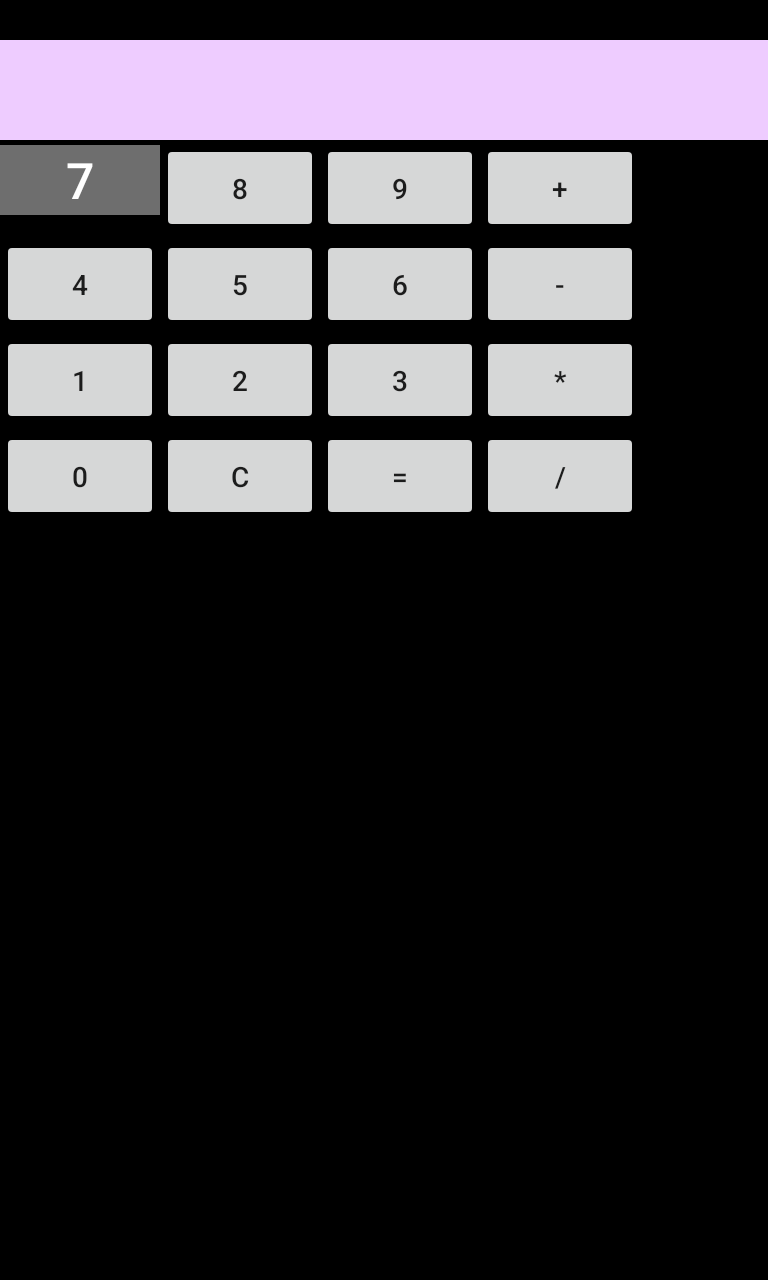
Repository: A207/guanjingjing
Layout: project/calculator_gjj/res/layout/activity_main.xml
The author's editor kept a copy of each file at every save. The layout is drawn from the files as they stood at one save, then again after the next save.
It is drawn on a 768 x 1280 px phone screen (xhdpi) without system bars, with theme AppTheme; the app's code is not run.

Above is the layout before, as saved 2015-07-16 01:57:19.

### project/calculator_gjj/res/layout/activity_main.xml
<?xml version="1.0" encoding="utf-8"?>
<LinearLayout xmlns:android="http://schemas.android.com/apk/res/android"
    android:layout_width="fill_parent"
    android:layout_height="fill_parent"
    android:orientation="vertical"
    android:paddingTop="20dip"
    android:background="#000" >

    <LinearLayout
        android:layout_width="fill_parent"
        android:layout_height="wrap_content"
        android:orientation="horizontal" >

        <TextView
            android:id="@+id/tv_calc_sum"
            android:layout_width="fill_parent"
            android:layout_height="50dip"
            android:background="#eeccff"
            android:gravity="center_vertical|right" >
        </TextView>
    </LinearLayout>

    <LinearLayout
        android:layout_width="fill_parent"
        android:layout_height="wrap_content"
        android:orientation="horizontal" >

        <Button
            android:id="@+id/btn_calc_07"
            android:layout_width="80dip"
            android:layout_height="35dip"
            android:background="#6e6e6e"
            android:textColor="#fff"
            android:textSize="25sp"
            android:text="7" />

        <Button
            android:id="@+id/btn_calc_08"
            android:layout_width="80dip"
            android:layout_height="wrap_content"
            android:text="8" />

        <Button
            android:id="@+id/btn_calc_09"
            android:layout_width="80dip"
            android:layout_height="wrap_content"
            android:text="9" />

        <Button
            android:id="@+id/btn_calc_jia"
            android:layout_width="80dip"
            android:layout_height="wrap_content"
            android:text="+" />
    </LinearLayout>

    <LinearLayout
        android:layout_width="fill_parent"
        android:layout_height="wrap_content"
        android:orientation="horizontal" >

        <Button
            android:id="@+id/btn_calc_04"
            android:layout_width="80dip"
            android:layout_height="wrap_content"
            android:text="4" />

        <Button
            android:id="@+id/btn_calc_05"
            android:layout_width="80dip"
            android:layout_height="wrap_content"
            android:text="5" />

        <Button
            android:id="@+id/btn_calc_06"
            android:layout_width="80dip"
            android:layout_height="wrap_content"
            android:text="6" />

        <Button
            android:id="@+id/btn_calc_jian"
            android:layout_width="80dip"
            android:layout_height="wrap_content"
            android:text="-" />
    </LinearLayout>

    <LinearLayout
        android:layout_width="fill_parent"
        android:layout_height="wrap_content"
        android:orientation="horizontal" >

        <Button
            android:id="@+id/btn_calc_01"
            android:layout_width="80dip"
            android:layout_height="wrap_content"
            android:text="1" />

        <Button
            android:id="@+id/btn_calc_02"
            android:layout_width="80dip"
            android:layout_height="wrap_content"
            android:text="2" />

        <Button
            android:id="@+id/btn_calc_03"
            android:layout_width="80dip"
            android:layout_height="wrap_content"
            android:text="3" />

        <Button
            android:id="@+id/btn_calc_cheng"
            android:layout_width="80dip"
            android:layout_height="wrap_content"
            android:text="*" />
    </LinearLayout>

    <LinearLayout
        android:layout_width="fill_parent"
        android:layout_height="wrap_content"
        android:orientation="horizontal" >

        <Button
            android:id="@+id/btn_calc_00"
            android:layout_width="80dip"
            android:layout_height="wrap_content"
            android:text="0" />

        <Button
            android:id="@+id/btn_calc_c"
            android:layout_width="80dip"
            android:layout_height="wrap_content"
            android:text="C" />

        <Button
            android:id="@+id/btn_calc_dengyu"
            android:layout_width="80dip"
            android:layout_height="wrap_content"
            android:text="=" />

        <Button
            android:id="@+id/btn_calc_chu"
            android:layout_width="80dip"
            android:layout_height="wrap_content"
            android:text="/" />
    </LinearLayout>

</LinearLayout>

Loaded but not shown: project/calculator_gjj/res/values/styles.xml (common file); project/calculator_gjj/res/values-v11/styles.xml (common file); project/calculator_gjj/res/values-v14/styles.xml (common file)

After the next save:
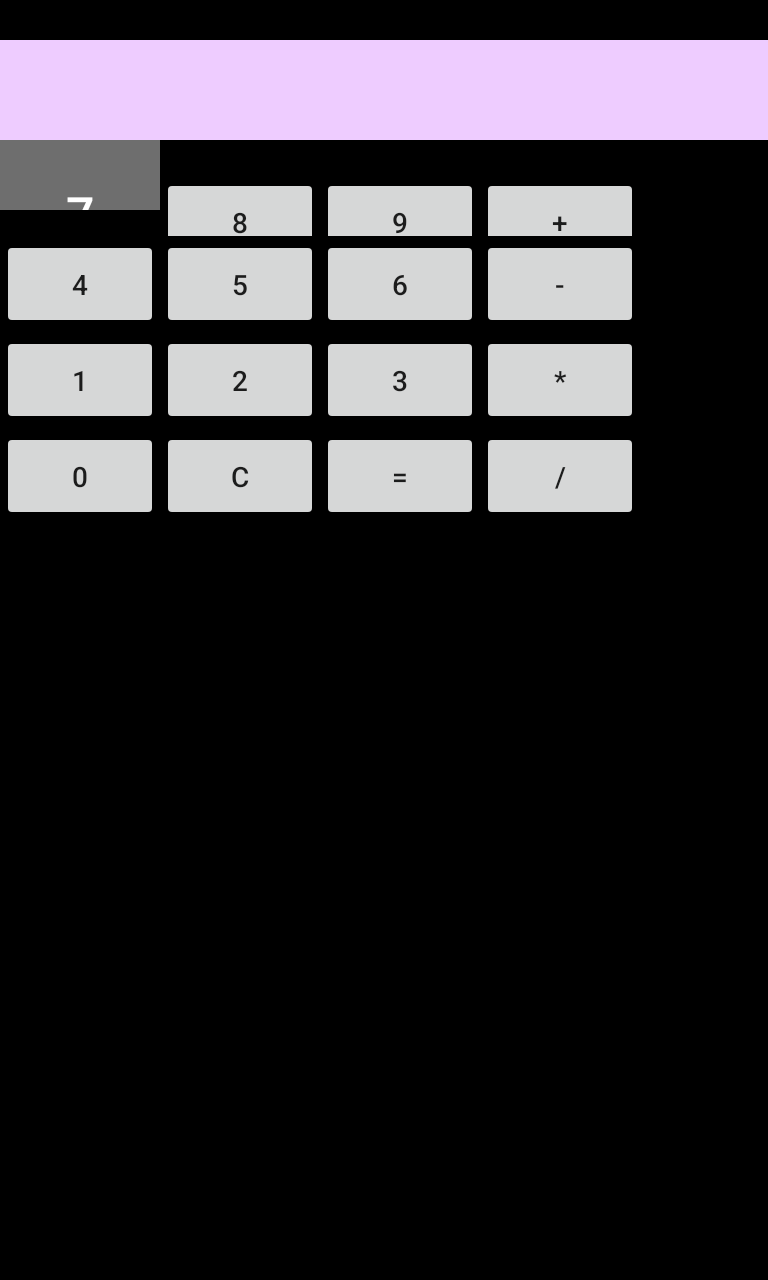
Saved 41 s later.
--- a/project/calculator_gjj/res/layout/activity_main.xml
+++ b/project/calculator_gjj/res/layout/activity_main.xml
@@ -32,6 +32,7 @@
             android:background="#6e6e6e"
             android:textColor="#fff"
             android:textSize="25sp"
+            android:paddingTop="20dip"
             android:text="7" />
 
         <Button

After the save that followed:
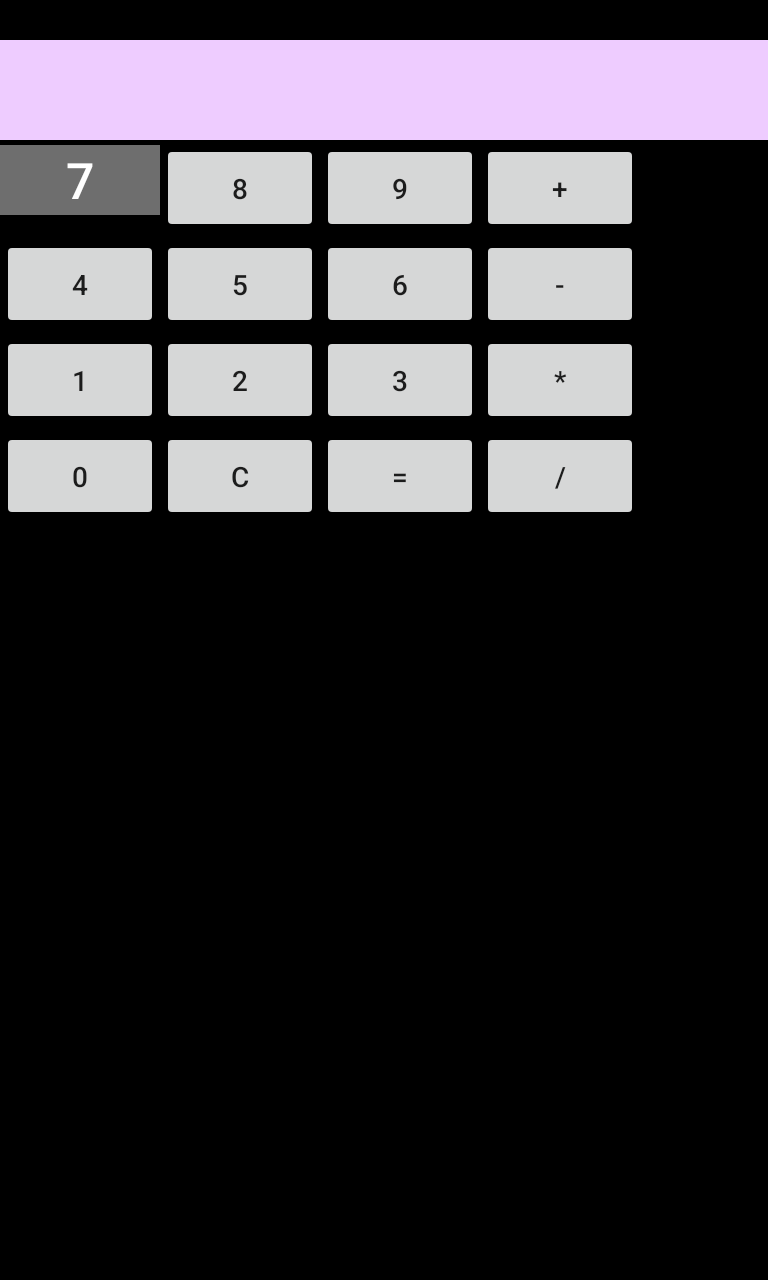
Saved 23 s later.
--- a/project/calculator_gjj/res/layout/activity_main.xml
+++ b/project/calculator_gjj/res/layout/activity_main.xml
@@ -32,7 +32,7 @@
             android:background="#6e6e6e"
             android:textColor="#fff"
             android:textSize="25sp"
-            android:paddingTop="20dip"
+            android:marginTop="20dip"
             android:text="7" />
 
         <Button
